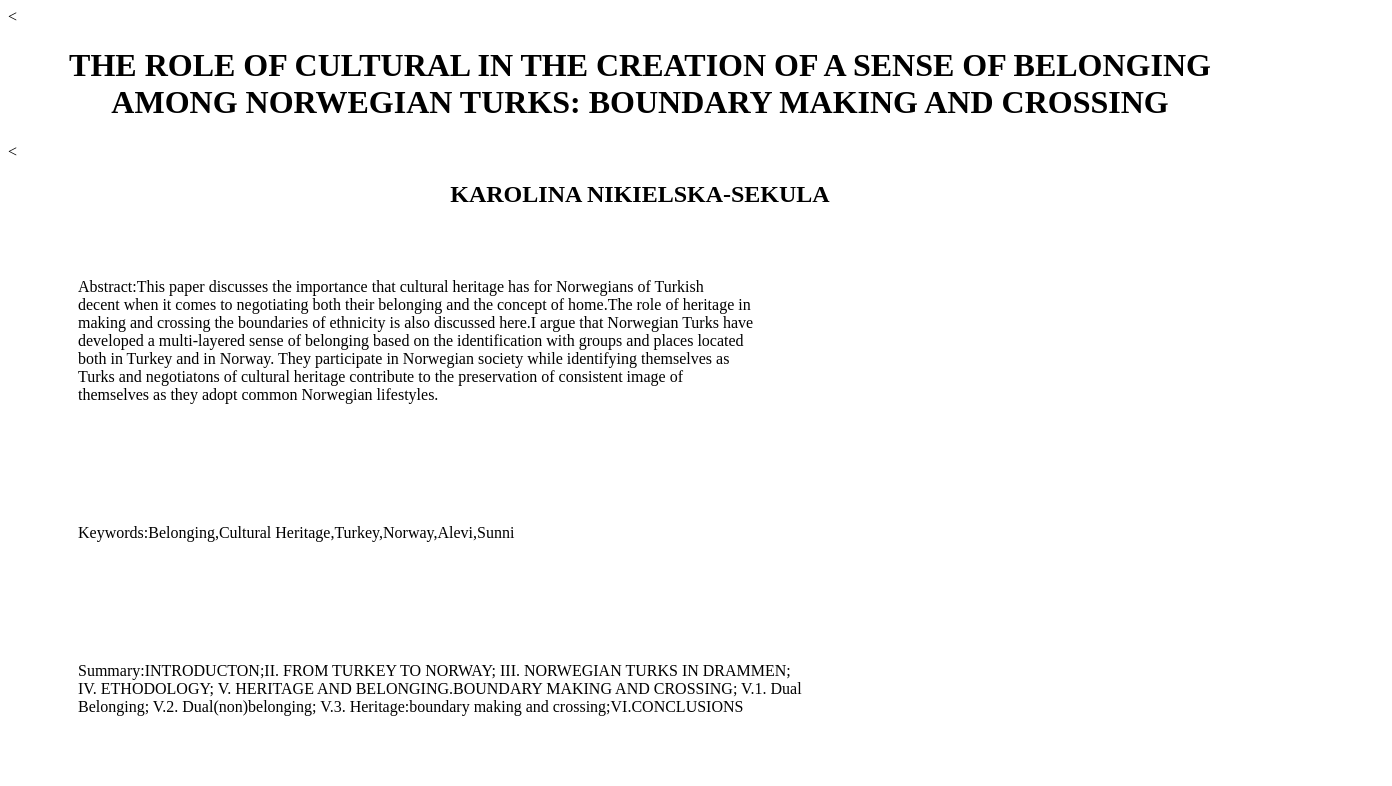
Repository: Pholi658/HTML-Task1
Page: Task2.html/No2.html
These files come from the project's save history. The page is drawn as it stood at one moment and after the next save; the edit follows.
The browser window is 1280 px wide. The page is 1392 px wide, then 1332 px, so the pictures cover 1392 px, including what lies to the right of the window. The pictures show the whole page.

Above is the page before, as saved 2024-10-17 14:30:48.

After the next save:
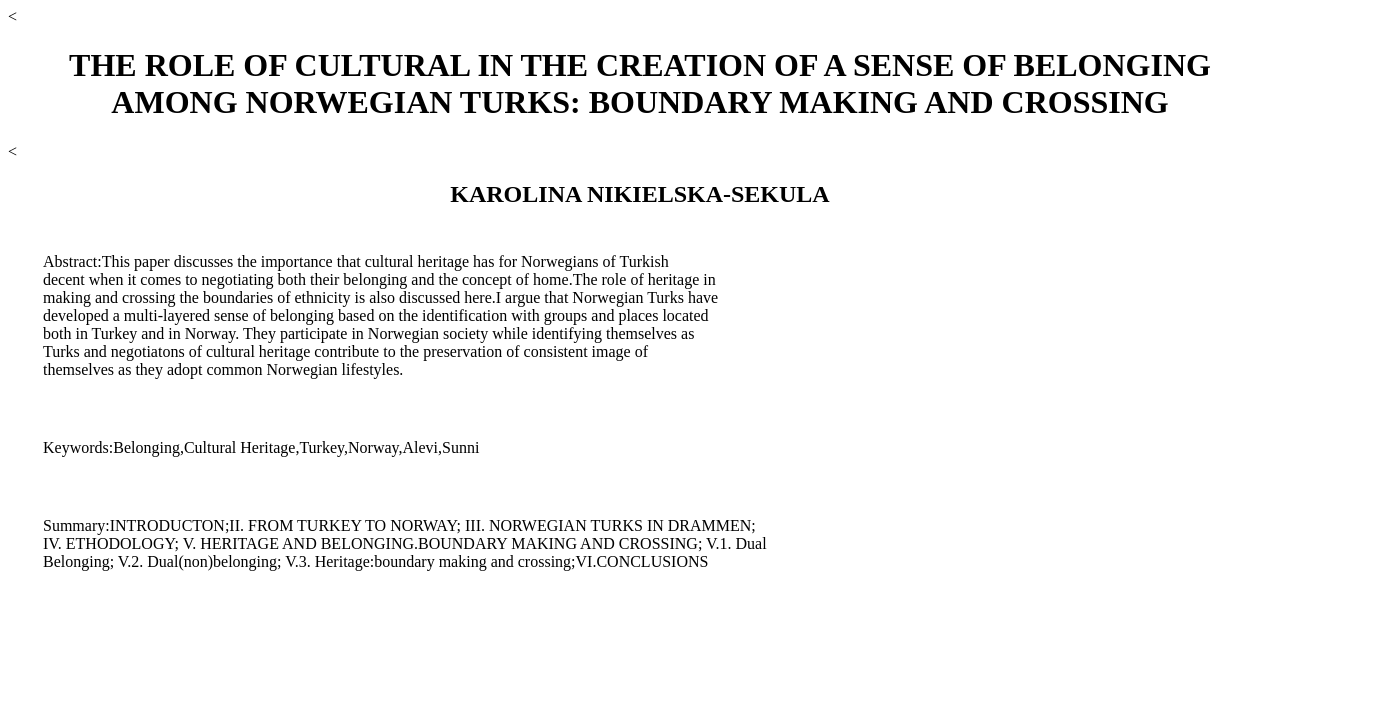
Saved 2 min 29 s later.
--- a/Task2.html/No2.html
+++ b/Task2.html/No2.html
@@ -11,9 +11,9 @@
         p {
 
             width: 100%;
-            border: 15px beige;
-            padding: 50px;
-            margin: 20px;
+            border: 7px honeydew;
+            padding: 25px;
+            margin: 10px;
 
         }
     </style>
